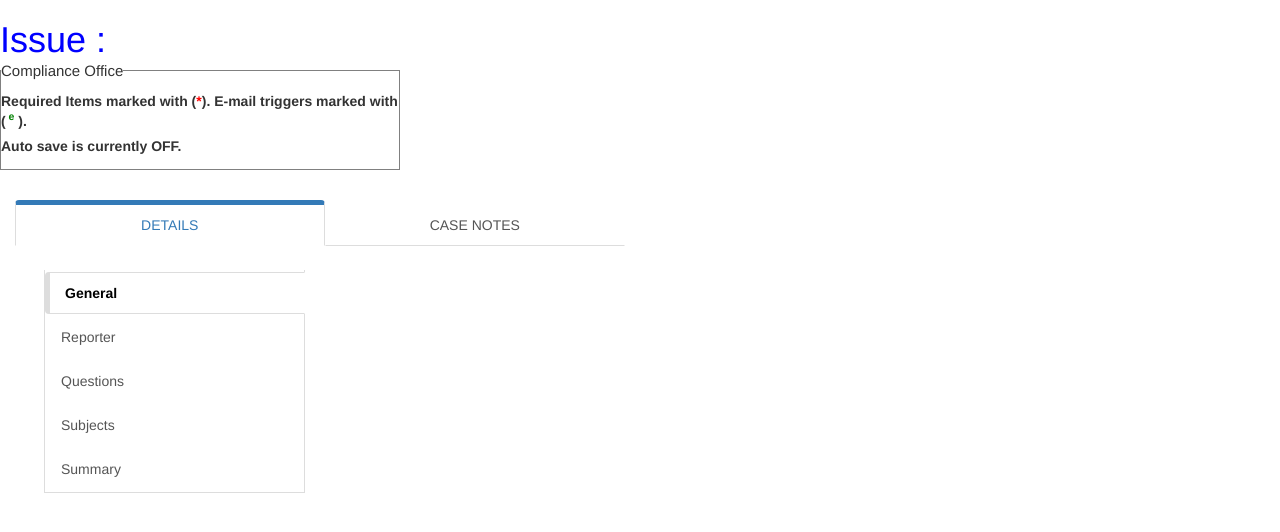
Repository: ManjushaDaram/LibraryPramati
Page: /
The author's editor kept a copy of each file at every save. The page is drawn from the files as they stood at one save, then again after the next save.
The browser window is 1280 px wide. The pictures show the whole page.
The project was rebuilt for these pictures with package versions that can differ from the ones it lists, and the page was loaded fresh each time. Also part of the build but not shown: angular.json.

Above is the page before, as saved 2019-04-18 13:02:35.

After the next save:
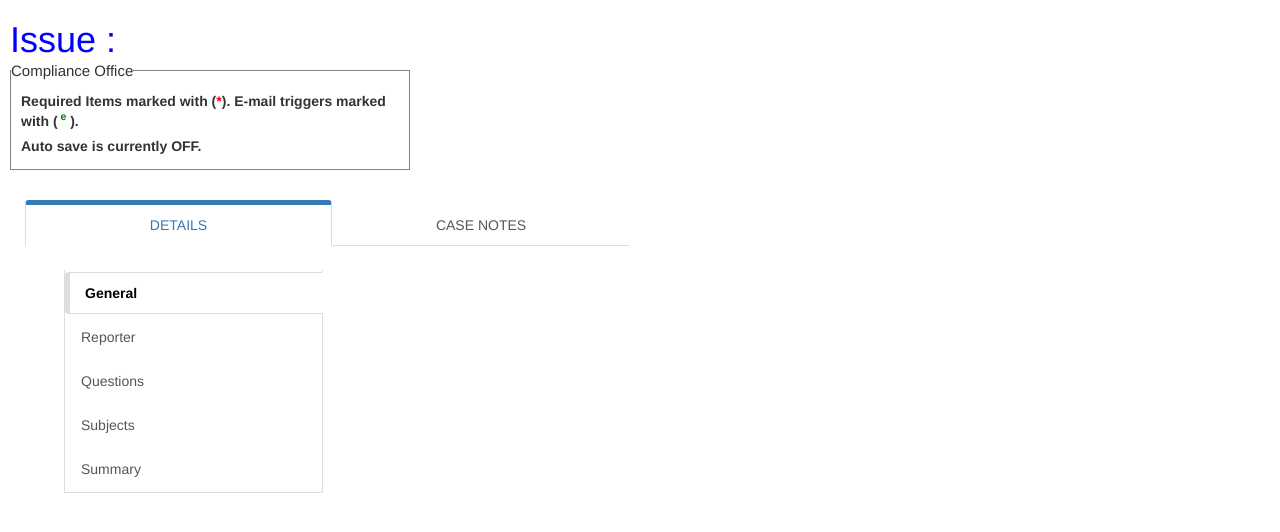
Saved 34 s later.
--- a/src/app/AddIssue/addissue/addissue.component.css
+++ b/src/app/AddIssue/addissue/addissue.component.css
@@ -16,9 +16,9 @@
   background-color: white;
 }
 
-/* div{
+div{
   margin-left: 10px
-} */
+}
 
 
 .tabs-left {
